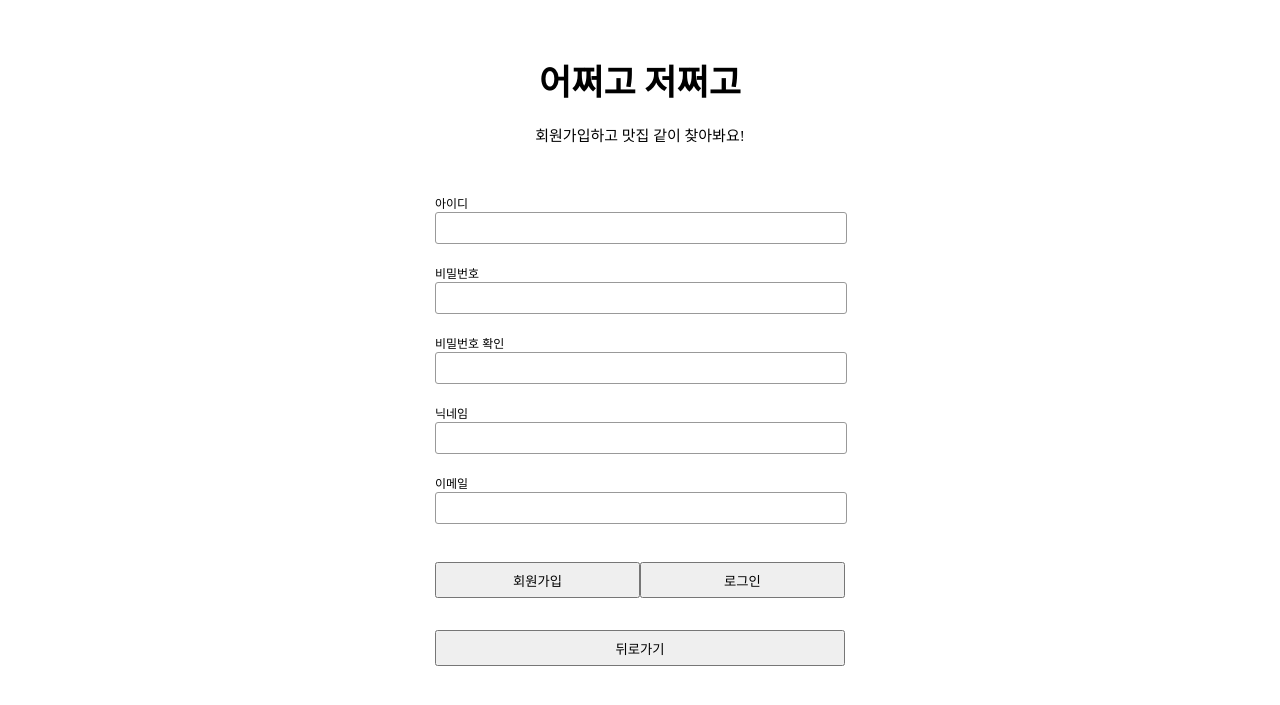
Repository: zzangyu/koreanFoodsProject
Page: http://localhost/koreanFoodsProject/koreanFoods/kFoods.do?cmd=signUp
These files come from the project's save history. The page is drawn as it stood at one moment and after the next save; the edit follows.
The browser window is 1280 px wide. The pictures show the whole page.
The page is served by Tomcat 9. Other server files are loaded and not shown.

Above is the page before, as saved 2022-12-29 07:52:21.

### koreanFoodsProject/src/main/webapp/koreanFoods/signUp.jsp
<%@ page language="java" contentType="text/html; charset=UTF-8"
    pageEncoding="UTF-8"%>
<!DOCTYPE html>
<html>
<head>
<meta charset="UTF-8">
<link type="text/css" rel="stylesheet" href="css/kFoods.css">
<title>Sign Up</title>
</head>
<body>
	<form action="" id="signUp">
		<div id="signUp_Wrap">
			<div id="signUp_title1">어쩌고 저쩌고</div>
			<div id="signUp_title2">회원가입하고 맛집 같이 찾아봐요!</div>
			<div>
				<label class="signUp_textSize">아이디</label>
				<div>
					<input type="text" name="kf_id" class="signUp_input">
					<div class="signUp_check_textSize" id="signUp_idCheck"></div>
				</div>
			</div>
			<div>
				<label class="signUp_textSize">비밀번호</label>
				<div>
					<input type="password" name="kf_password" class="signUp_input">
					<div class="signUp_check_textSize" id="signUp_idCheck"></div>
				</div>
			</div>
			<div>
				<label class="signUp_textSize">비밀번호 확인</label>
				<div>
					<input type="password" name="kf_passwordCheck" class="signUp_input">
					<div class="signUp_check_textSize" id="signUp_idCheck"></div>
				</div>
			</div>
			<div>
				<label class="signUp_textSize">닉네임</label>
				<div>
					<input type="text" name="kf_nickname" class="signUp_input">
					<div class="signUp_check_textSize" id="signUp_nickCheck"></div>
				</div>
			</div>
			<div>
				<label class="signUp_textSize">이메일</label>
				<div>
					<input type="text" name="kf_email" class="signUp_input">
					<div class="signUp_check_textSize" id="signUp_emailCheck"></div>
				</div>
			</div>
			<button class="signUp_button1">회원가입</button><button class="signUp_button1">로그인</button>
			<button onclick="history.go(-1); return false;" class="signUp_button2">뒤로가기</button>
		</div>
	</form>
</body>
</html>

### koreanFoodsProject/src/main/java/com/kFoods/control/ControlServlet.java
package com.kFoods.control;

import java.io.IOException;
import java.io.PrintWriter;

import javax.servlet.RequestDispatcher;
import javax.servlet.ServletException;
import javax.servlet.http.HttpServlet;
import javax.servlet.http.HttpServletRequest;
import javax.servlet.http.HttpServletResponse;

import com.kFoods.action.Action;


public class ControlServlet extends HttpServlet {
	private static final long serialVersionUID = 1L;

	protected void service(HttpServletRequest request, HttpServletResponse response) throws ServletException, IOException {
		request.setCharacterEncoding("utf-8");
		response.setContentType("text/html;charset=utf-8");

		String cmd = request.getParameter("cmd");

		if(cmd != null) {
			ActionFactory factory = ActionFactory.getInstance();
			Action action = factory.getAction(cmd);

			ActionForward af = action.execute(request, response);

			if(af.isRedirect()) {
				response.sendRedirect(af.getUrl());
			} else {
				RequestDispatcher rd = request.getRequestDispatcher(af.getUrl());
				rd.forward(request, response);
			}
		} else {
			PrintWriter out = response.getWriter();

			out.println("<html>");
			out.println("<head><title>Error</title></head>");
			out.println("<body>");
			out.println("<h4>올바른 요청이 아닙니다.</h4>");
			out.println("<h4>http://localhost:8181/Project/project/cityPlan.do?cmd=요청키워드</h4>");
			out.println("</body>");
			out.println("</html>");
		}

	}

}

### koreanFoodsProject/src/main/java/com/kFoods/control/ActionFactory.java
package com.kFoods.control;

import com.kFoods.action.Action;
import com.kFoods.action.IndexAction;
import com.kFoods.action.SignInAction;
import com.kFoods.action.SignUpAction;

public class ActionFactory {

	private static ActionFactory instance;

	private ActionFactory() {}

	public static synchronized ActionFactory getInstance() {
		if(instance == null) {
			instance = new ActionFactory();
		}
		return instance;
	}

	public Action getAction(String cmd) {
		Action action = null;

		switch (cmd) {

		case "signUp":
			action = new SignUpAction();
			break;

		case "signIn":
			action = new SignInAction();
			break;

		default:
			action = new IndexAction();
			break;
		}

		return action;
	}

}

### koreanFoodsProject/src/main/java/com/kFoods/action/Action.java
package com.kFoods.action;

import java.io.IOException;

import javax.servlet.http.HttpServletRequest;
import javax.servlet.http.HttpServletResponse;

import com.kFoods.control.ActionForward;

public interface Action {
	public ActionForward execute(HttpServletRequest request, HttpServletResponse response) throws IOException;
}

### koreanFoodsProject/src/main/java/com/kFoods/action/SignUpAction.java
package com.kFoods.action;

import java.io.IOException;

import javax.servlet.http.HttpServletRequest;
import javax.servlet.http.HttpServletResponse;

import com.kFoods.control.ActionForward;

public class SignUpAction implements Action {

	@Override
	public ActionForward execute(HttpServletRequest request, HttpServletResponse response) throws IOException {
		return new ActionForward("/koreanFoods/signUp.jsp", false);
	}

}

### koreanFoodsProject/src/main/java/com/kFoods/control/ActionForward.java
package com.kFoods.control;

public class ActionForward {

	private String url;
	private boolean redirect;

	public ActionForward() {}

	public ActionForward(String url) {
		this.url = url;
	}

	public ActionForward(String url, boolean redirect) {
		this.url = url;
		this.redirect = redirect;
	}

	public String getUrl() {
		return url;
	}

	public void setUrl(String url) {
		this.url = url;
	}

	public boolean isRedirect() {
		return redirect;
	}

	public void setRedirect(boolean redirect) {
		this.redirect = redirect;
	}

}

### koreanFoodsProject/src/main/webapp/koreanFoods/css/kFoods.css
@charset "UTF-8";
html, body {
	margin: 0;
	padding: 0;
	width: 100%;
	height: 100%;
}
a {
	text-decoration: none;
}
#loginButton {
	background-color: yellow;
}
#loginButton a {
	color: red;
}
#signUp {
	width: 100%;
	height: 100%;
	display: flex;
	justify-content: center;
	align-items: center;
}
.signUp_textSize {
	font-size: 12px;
}
.signUp_check_textSize {
	font-size: 10px;
	color: #999;
}
#signUp_Wrap {
	width: 410px;
}
#signUp_title1, #signUp_title2 {
	text-align: center;
}
#signUp_title1 {
	height: 40px;
	font-size: 35px;
	font-weight: bold;
}
#signUp_title2 {
	height: 20px;
	font-size: 15px;
}
#signUp_Wrap > div {
	width: 100%;
	height: 70px;
}
.signUp_input {
	margin: 0;
    padding: 0 1%;
    width: 98%;
    height: 30px;
    border: 1px solid #999;
    border-radius: 3px;
}
.signUp_button1 {
	width: 50%;
	height: 36px;
	margin-top: 18px;
}
.signUp_button2 {
	width: 100%;
	height: 36px;
	margin-top: 32px;
}

After the next save:
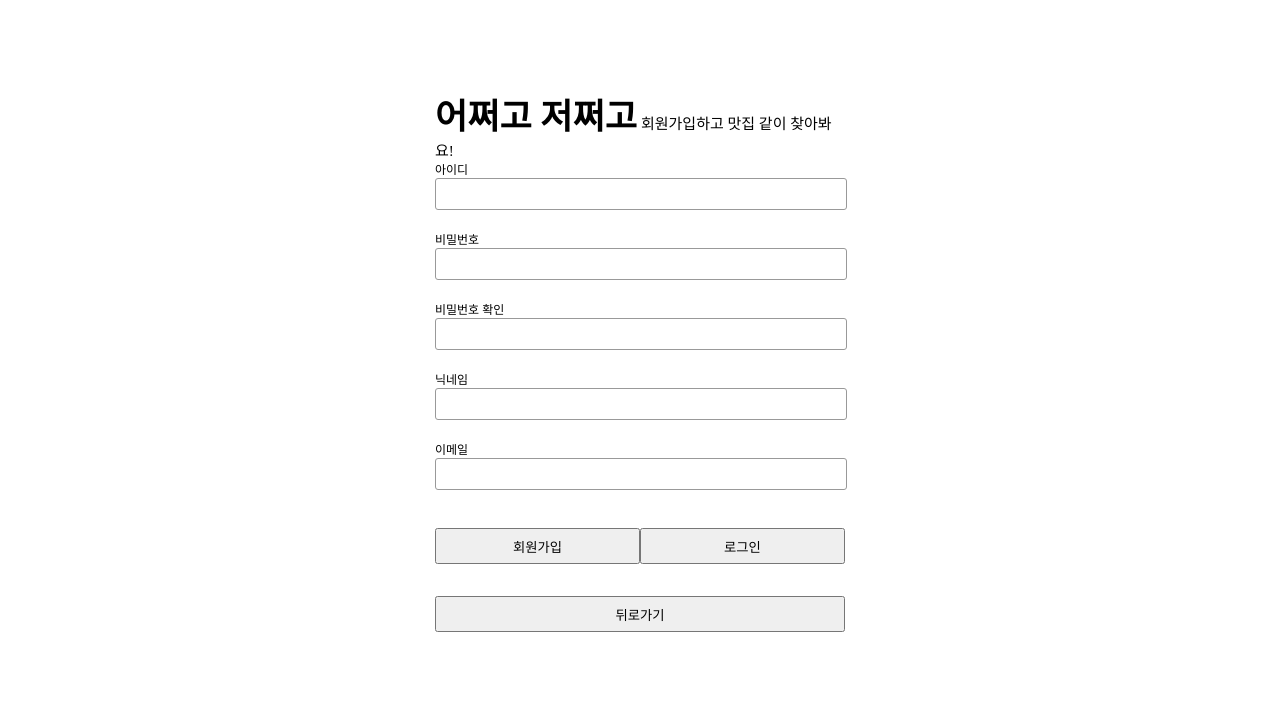
Saved 27 s later.
--- a/koreanFoodsProject/src/main/webapp/koreanFoods/signUp.jsp
+++ b/koreanFoodsProject/src/main/webapp/koreanFoods/signUp.jsp
@@ -10,8 +10,8 @@
 <body>
 	<form action="" id="signUp">
 		<div id="signUp_Wrap">
-			<div id="signUp_title1">어쩌고 저쩌고</div>
-			<div id="signUp_title2">회원가입하고 맛집 같이 찾아봐요!</div>
+			<span id="signUp_title1">어쩌고 저쩌고</span>
+			<span id="signUp_title2">회원가입하고 맛집 같이 찾아봐요!</span>
 			<div>
 				<label class="signUp_textSize">아이디</label>
 				<div>
